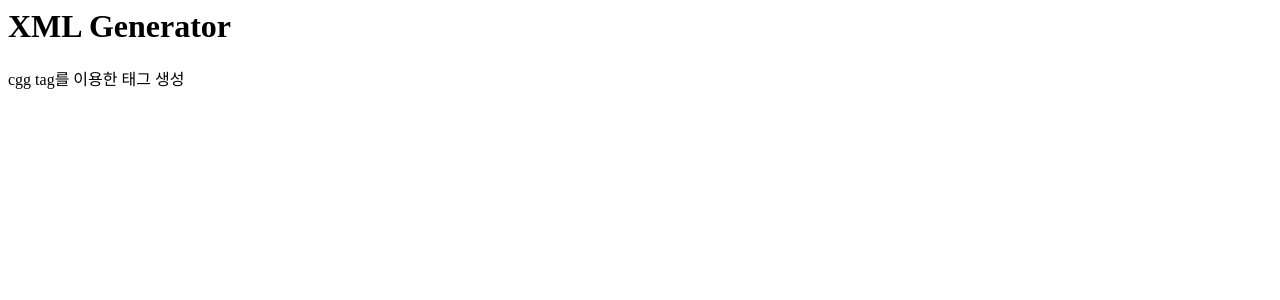
Repository: gh-56/jsp_workspace_al
Page: http://localhost/12_template_page/xml.jsp
The author's editor kept a copy of each file at every save. The page is drawn from the files as they stood at one save, then again after the next save.
The browser window is 1280 px wide. The pictures show the whole page.
The page is served by Tomcat 9.

Above is the page before, as saved 2023-10-18 02:28:14.

### 12_template_page/src/main/webapp/xml.jsp
<%@ page language="java" contentType="text/html; charset=UTF-8"
    pageEncoding="UTF-8"%>
<!-- xml.jsp -->
<h1>XML Generator</h1>
<!-- custom tag 추가 -->
<jsp:element name="lee">
	<jsp:attribute name="id">
		leeID
	</jsp:attribute>
	<jsp:attribute name="class">
		leeClass
	</jsp:attribute>
	<jsp:body>
		cgg tag를 이용한 태그 생성
	</jsp:body>
</jsp:element>

After the next save:
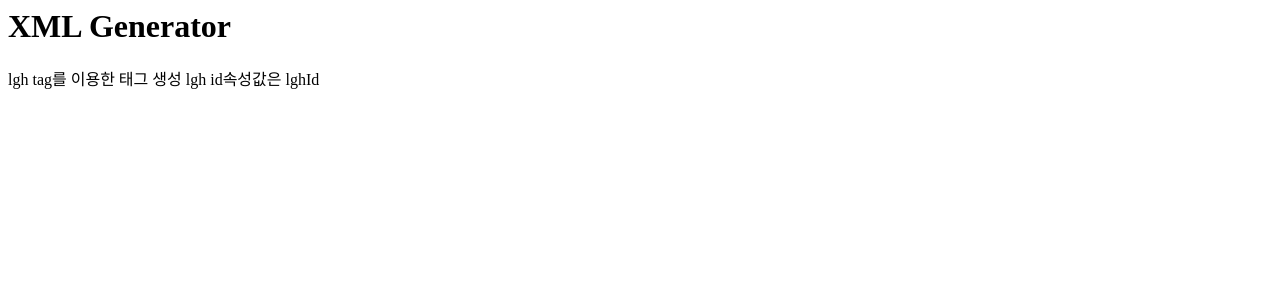
Saved 41 s later.
--- a/12_template_page/src/main/webapp/xml.jsp
+++ b/12_template_page/src/main/webapp/xml.jsp
@@ -3,14 +3,14 @@
 <!-- xml.jsp -->
 <h1>XML Generator</h1>
 <!-- custom tag 추가 -->
-<jsp:element name="lee">
+<jsp:element name="lgh">
 	<jsp:attribute name="id">
-		leeID
+		lghId
 	</jsp:attribute>
 	<jsp:attribute name="class">
-		leeClass
+		lghClass
 	</jsp:attribute>
 	<jsp:body>
-		cgg tag를 이용한 태그 생성
+		lgh tag를 이용한 태그 생성 lgh id속성값은 lghId
 	</jsp:body>
 </jsp:element>
